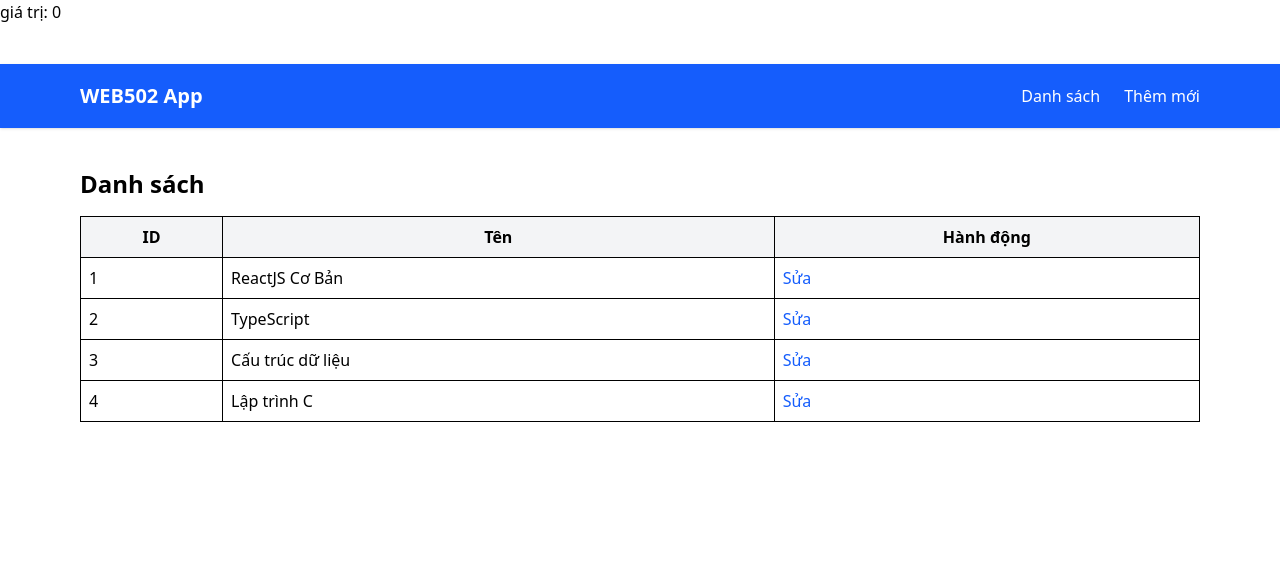
Repository: DODUCHUY195/Lap_Trinh_TypeScript
Page: /
An editor plug-in stored every save of this project. The page is shown before and after the next save, followed by the edit.
The browser window is 1280 px wide. The pictures show the whole page.
The project was rebuilt for these pictures with package versions that can differ from the ones it lists, and the page was loaded fresh each time. Requests to the local data server were answered from the project's data file. Also part of the build but not shown: vite.config.ts, src/pages/Add.tsx, src/pages/Edit.tsx.

Above is the page before, as saved 2026-01-16 20:01:38.

### src/App.tsx
import { Toaster } from "react-hot-toast";
import { Link, Routes, Route } from "react-router-dom";

import List from "./pages/List";
import Add from "./pages/Add";
import Edit from "./pages/Edit";
import Button from "./components/Button";
import { useEffect, useState } from "react";


function App() {
  const [count, setCount] = useState(0); //State
  useEffect(() => {
    document.title = `Bạn đã nhấn ${count} lần`;
  }, [count]);

  return (
    <>
      {/* NAVBAR */}
      <p>giá trị: {count}
        </p>
       <Button label="Hãy nhấn vào đây" onlick={() => setCount(count + 1)} color="black" /> {/* Props */}

      <Button label="Hãy nhấn vào đây" onlick={() => alert('Button clicked!')} color="black" />
        <Button label="Hãy nhấn vào đây" onlick={() => alert('Button clicked2!')} color="red" />
      <nav className="bg-blue-600 text-white shadow">
        <div className="max-w-6xl mx-auto px-4 h-16 flex items-center justify-between">
          <Link to="/" className="text-xl font-semibold">
            <strong>WEB502 App</strong>
          </Link>

          <div className="flex items-center space-x-6">
            <Link to="/" className="hover:text-gray-200">
              Danh sách
            </Link>
            <Link to="/add" className="hover:text-gray-200">
              Thêm mới
            </Link>
          </div>
        </div>
      </nav>

      <div className="max-w-6xl mx-auto mt-10 px-4">
        <Routes>
          <Route path="/" element={<List />} />
          <Route path="/add" element={<Add />} />
          <Route path="/edit/:id" element={<Edit />} />
        </Routes>
      </div>

      <Toaster />
    </>
  );
}

export default App;

### src/pages/List.tsx
import { useEffect, useState } from "react";
import { Link } from "react-router-dom";
import type { Subject } from "../types/Subject";

const List = () => {
  const [subjects, setSubjects] = useState<Subject[]>([]);

  useEffect(() => {

    const getAll = async () => {
      try {

        const response = await fetch("http://localhost:3000/subject");
        const data: Subject[] = await response.json();
        setSubjects(data);
      } catch (error) {

          console.error("Error fetching subjects:", error);
        }

    };
    getAll();
  }, []);

  return (
    <div>
      <h1 className="text-2xl font-bold mb-4">Danh sách</h1>


      <table className="w-full border">
        <thead>
          <tr className="bg-gray-100">
            <th className="border p-2">ID</th>
            <th className="border p-2">Tên</th>
            <th className="border p-2">Hành động</th>
          </tr>
        </thead>
        <tbody>
          {subjects.map((item) => (
            <tr key={item.id}>
              <td className="border p-2">{item.id}</td>
              <td className="border p-2">{item.name}</td>
              <td className="border p-2">
                <Link to={`/edit/${item.id}`} className="text-blue-600 hover:underline">
                  Sửa
                </Link>
              </td>
            </tr>
          ))}
        </tbody>
      </table>
    </div>
  );
};

export default List;

### src/components/Button.tsx
type Props = {
    label: "Hãy nhấn vào đây";
    onlick: () => void;
    color: "black" | "red" | "green";
}

function Button({ label, onlick, color }: Props){
    return <button onClick={onlick} className={`bg-${color}-500 text-white px-4 py-2 rounded`}>{label}</button>;
}

export default Button;

### db.json
{
    "subject": [
{
    "id": 1,
    "name": "ReactJS Cơ Bản",
    "credit": 3,
    "category": "Chuyên ngành",
    "teacher": "Nguyễn Văn A"
  },
  {
    "id": 2,
    "name": "TypeScript",
    "credit": 2,
    "category": "Chuyên ngành",
    "teacher": "Trần Thị B"
  },
  {
    "id": 3,
    "name": "Cấu trúc dữ liệu",
    "credit": 3,
    "category": "Cơ sở",
    "teacher": "Lê Văn C"
  },
  {
    "id": 4,
    "name": "Lập trình C",
    "credit": 4,
    "category": "Đại cương",
    "teacher": "Phạm Văn D"
  }
    ]
}

Loaded but not shown: index.html (common file); src/main.tsx (common file); src/index.css (common file)

After the next save:
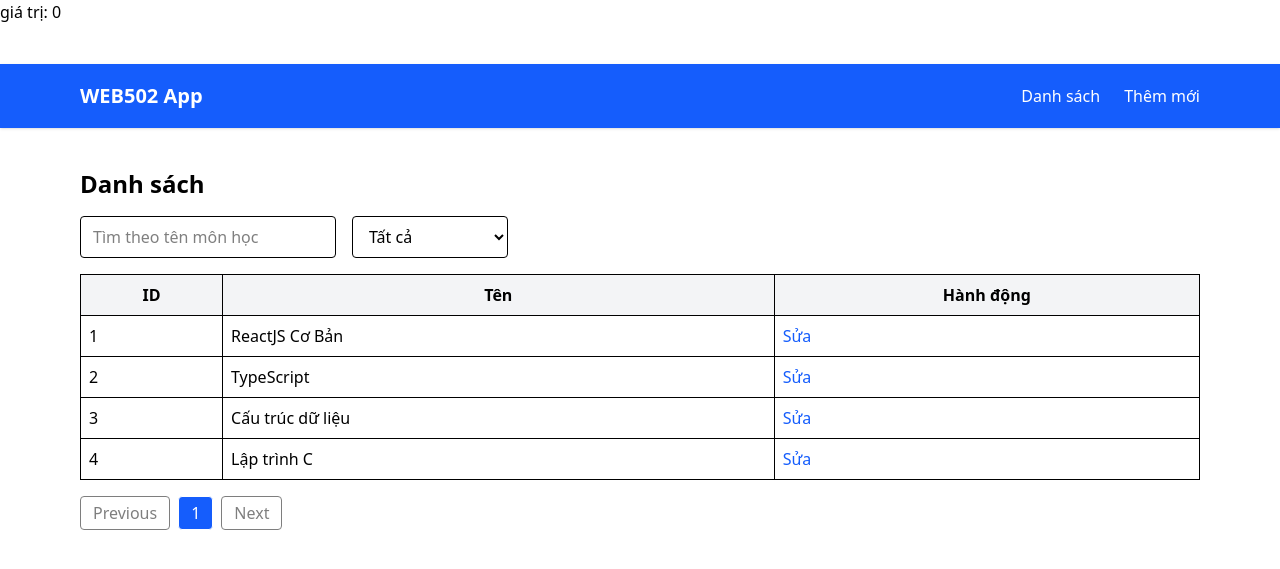
Saved 15 min 34 s later.
--- a/src/pages/List.tsx
+++ b/src/pages/List.tsx
@@ -4,6 +4,11 @@ import type { Subject } from "../types/Subject";
 
 const List = () => {
   const [subjects, setSubjects] = useState<Subject[]>([]);
+  const [searchTerm, setSearchTerm] = useState<string>("");
+  const [category, setCategory] = useState<string>("Tất cả");
+  const [currentPage, setCurrentPage] = useState<number>(1);
+  const itemsPerPage = 5;
+  const categories = ["Tất cả", "Cơ sở", "Chuyên ngành", "Đại cương"];
 
   useEffect(() => {
 
@@ -21,10 +26,44 @@ const List = () => {
     };
     getAll();
   }, []);
+  useEffect(() => {
+    setCurrentPage(1);
+  }, [searchTerm, category]);
+  const term = searchTerm.trim().toLowerCase();
+  const filtered = subjects.filter(
+    (s) =>
+      (!term || s.name.toLowerCase().includes(term)) &&
+      (category === "Tất cả" || s.category === category)
+  );
+  const totalPages = Math.max(1, Math.ceil(filtered.length / itemsPerPage));
+  const page = Math.min(currentPage, totalPages);
+  const start = (page - 1) * itemsPerPage;
+  const pageItems = filtered.slice(start, start + itemsPerPage);
+  const pages = Array.from({ length: totalPages }, (_, i) => i + 1);
 
   return (
     <div>
-      <h1 className="text-2xl font-bold mb-4">Danh sách</h1>
+      <h1 className="text-2xl font-bold mb-4">Danh sách</h1
+      >
+      <div className="flex items-center gap-4 mb-4">
+        <input
+          value={searchTerm}
+          onChange={(e) => setSearchTerm(e.target.value)}
+          placeholder="Tìm theo tên môn học"
+          className="border rounded px-3 py-2 w-64"
+        />
+        <select
+          value={category}
+          onChange={(e) => setCategory(e.target.value)}
+          className="border rounded px-3 py-2"
+        >
+          {categories.map((c) => (
+            <option key={c} value={c}>
+              {c}
+            </option>
+          ))}
+        </select>
+      </div>
 
 
       <table className="w-full border">
@@ -36,19 +75,52 @@ const List = () => {
           </tr>
         </thead>
         <tbody>
-          {subjects.map((item) => (
-            <tr key={item.id}>
-              <td className="border p-2">{item.id}</td>
-              <td className="border p-2">{item.name}</td>
-              <td className="border p-2">
-                <Link to={`/edit/${item.id}`} className="text-blue-600 hover:underline">
-                  Sửa
-                </Link>
+          {pageItems.length === 0 ? (
+            <tr>
+              <td className="border p-2 text-center" colSpan={3}>
+                Không có dữ liệu phù hợp
               </td>
             </tr>
-          ))}
+          ) : (
+            pageItems.map((item) => (
+              <tr key={item.id}>
+                <td className="border p-2">{item.id}</td>
+                <td className="border p-2">{item.name}</td>
+                <td className="border p-2">
+                  <Link to={`/edit/${item.id}`} className="text-blue-600 hover:underline">
+                    Sửa
+                  </Link>
+                </td>
+              </tr>
+            ))
+          )}
         </tbody>
       </table>
+      <div className="flex items-center gap-2 mt-4">
+        <button
+          className="px-3 py-1 border rounded disabled:opacity-50"
+          disabled={page === 1}
+          onClick={() => setCurrentPage((p) => Math.max(1, p - 1))}
+        >
+          Previous
+        </button>
+        {pages.map((p) => (
+          <button
+            key={p}
+            className={`px-3 py-1 border rounded ${p === page ? "bg-blue-600 text-white" : ""}`}
+            onClick={() => setCurrentPage(p)}
+          >
+            {p}
+          </button>
+        ))}
+        <button
+          className="px-3 py-1 border rounded disabled:opacity-50"
+          disabled={page === totalPages}
+          onClick={() => setCurrentPage((p) => Math.min(totalPages, p + 1))}
+        >
+          Next
+        </button>
+      </div>
     </div>
   );
 };
